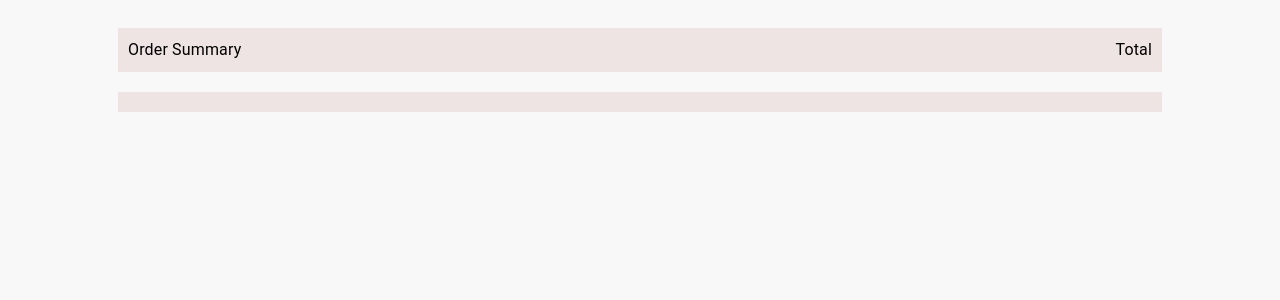
Repository: Armstrong2035/hng-project-two
Page: /cart (app in timbu-store/)
These files come from the project's save history. The page is drawn as it stood at one moment and after the next save; the edit follows.
The browser window is 1280 px wide. The pictures show the whole page.
The project was rebuilt for these pictures with package versions that can differ from the ones it lists, and the page was loaded fresh each time. The framework's server and built-in components were replaced by stand-ins that run in the browser. Also part of the build but not shown: timbu-store/next.config.mjs.

Above is the page before, as saved 2024-07-08 22:48:36.

### timbu-store/src/app/layout.js
export default function RootLayout({ children }) {
  return (
    <html lang="en">
      <body style={{ backgroundColor: "#F8F8F8" }}>{children}</body>
    </html>
  );
}

### timbu-store/src/app/cart/page.js
"use client";
import React from "react";
import CartPage from "../../../components/checkout/cart/CartPage";

export default function Page() {
  return (
    <>
      <CartPage />
    </>
  );
}

### timbu-store/components/checkout/cart/CartPage.js
"use client";
import useStore from "@/store/store";
import Image from "next/image";
import {
  Typography,
  Box,
  Stack,
  Grid,
  Button,
  Card,
  CardContent,
  Container,
  AppBar,
} from "@mui/material";
import React, { useState } from "react";
import Cart from "./Cart";
export default function CartPage() {
  return (
    <>
      <Stack alignItems={"center"}>
        <Box
          style={{
            width: "80vw",
            display: "flex",
            justifyContent: "space-between",
            padding: "10px 10px",
            marginTop: "20px",
            backgroundColor: "#EEE4E3",
          }}
          className="heading"
        >
          <Typography>Order Summary</Typography>
          <Typography>Total</Typography>
        </Box>

        <Container>
          <Grid container>
            <Grid item className={"item"} xl={10} lg={8} md={6} sm={12} xs={12}>
              <Cart />
            </Grid>
            <Grid item xl={4} lg={4} md={6} sm={12} xs={12}></Grid>
          </Grid>
        </Container>

        <Box
          style={{
            width: "80vw",
            display: "flex",
            justifyContent: "space-between",
            padding: "10px 10px",
            marginTop: "20px",
            backgroundColor: "#EEE4E3",
          }}
          className="heading"
        ></Box>
      </Stack>
    </>
  );
}

### timbu-store/src/store/store.js
import { create } from "zustand";
import { persist } from "zustand/middleware";

const useStore = create(
  persist(
    (set) => ({
      cart: [],
      addToCart: (item) => set((state) => ({ cart: [...state.cart, item] })),
    }),
    {
      name: "cart-storage",
    }
  )
);

export default useStore;

### timbu-store/components/checkout/cart/Cart.js
"use client";
import React, { useState } from "react";
import useStore from "@/store/store";
import {
  Box,
  Grid,
  Stack,
  Card,
  CardContent,
  Typography,
  Button,
} from "@mui/material";
import Image from "next/image";

export default function Cart() {
  const [orderVolume, setOrderVolume] = useState(1);
  const cart = useStore((state) => state.cart);

  console.log(cart);
  return (
    <>
      <Stack spacing={10}>
        {cart.map((item) => (
          <Box
            key={item.id}
            className={"order summary"}
            style={{
              width: "100%",
              display: "flex",
              alignItems: "center",
              justifyContent: "space-between",
            }}
          >
            <Box sx={{ backgroundColor: "#F8F8F8" }}>
              <Stack direction={"row"} alignItems={"center"} spacing={2}>
                <Box
                  sx={{
                    display: "flex",
                    alignItems: "center",
                    justifyContent: "center",
                    backgroundColor: "#F1F0F0",
                    position: "relative",
                    "&:hover .add-to-cart": {
                      opacity: 1,
                    },

                    "&:hover": {
                      backgroundColor: "#E6DFDF",
                    },
                    width: "260px",
                    height: "290px",
                  }}
                  elevation={"none"}
                >
                  <div
                    style={{
                      width: "300",
                      height: "300",
                      position: "relative",
                      padding: "10px, 10px",
                    }}
                  >
                    <Image
                      src={item.imageUrl}
                      alt={item.productName}
                      layout="responsive"
                      width={500}
                      height={500}
                      objectFit="contain"
                    />
                  </div>
                </Box>
                <Box sx={{ padding: "16px" }}>
                  <Typography>{item.productName}</Typography>
                  <Box
                    sx={{
                      border: "1px solid #B2A6A6",
                      display: "flex",
                      flexDirection: "row",
                      alignItems: "center",
                      margin: "10px 0",
                    }}
                  >
                    <Button
                      sx={{ color: "#473838" }}
                      onClick={() =>
                        setOrderVolume(orderVolume > 1 ? orderVolume - 1 : 1)
                      }
                    >
                      -
                    </Button>
                    <Typography sx={{ padding: "0 10px" }}>
                      {orderVolume}
                    </Typography>
                    <Button
                      sx={{ color: "#473838" }}
                      onClick={() => setOrderVolume(orderVolume + 1)}
                    >
                      +
                    </Button>
                  </Box>

                  <Button sx={{ color: "#ED8174" }}>Remove</Button>
                </Box>
              </Stack>
            </Box>

            <Typography sx={{ margin: "auto 80px" }}>
              {item.discountPrice}
            </Typography>
          </Box>
        ))}
      </Stack>
    </>
  );
}

After the next save:
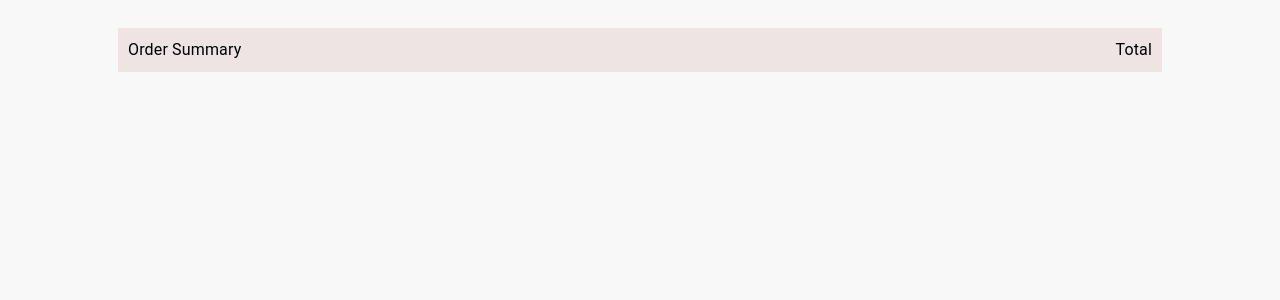
Saved 22 min 13 s later.
--- a/timbu-store/components/checkout/cart/CartPage.js
+++ b/timbu-store/components/checkout/cart/CartPage.js
@@ -41,18 +41,6 @@ export default function CartPage() {
             <Grid item xl={4} lg={4} md={6} sm={12} xs={12}></Grid>
           </Grid>
         </Container>
-
-        <Box
-          style={{
-            width: "80vw",
-            display: "flex",
-            justifyContent: "space-between",
-            padding: "10px 10px",
-            marginTop: "20px",
-            backgroundColor: "#EEE4E3",
-          }}
-          className="heading"
-        ></Box>
       </Stack>
     </>
   );
